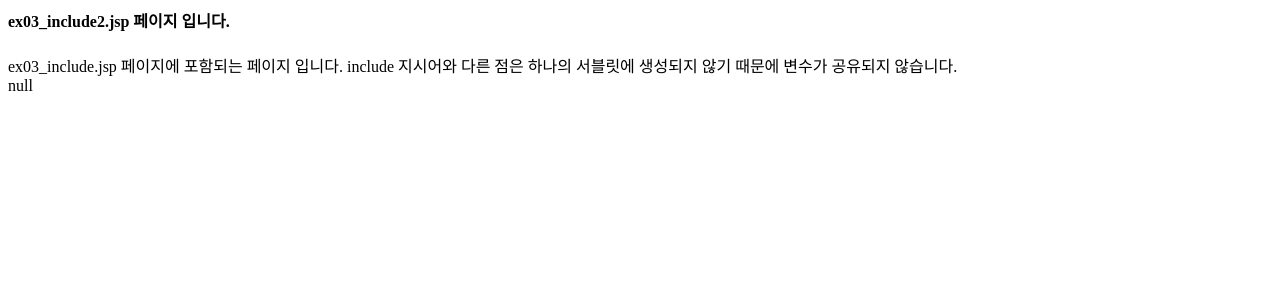
Repository: WONDongin/GoodeeAcademy_JAVA
Page: http://localhost/jspStudy/ex06_pageContext/ex03_include2.jsp
An editor plug-in stored every save of this project. The page is shown before and after the next save, followed by the edit.
The browser window is 1280 px wide. The pictures show the whole page.
The page is served by Tomcat 9.

Above is the page before, as saved 2025-04-02 03:43:23.

### jsp_study/jspStudy/src/main/webapp/ex06_pageContext/ex03_include2.jsp
<%@ page language="java" contentType="text/html; charset=UTF-8"
    pageEncoding="UTF-8"%>
<h4>ex03_include2.jsp 페이지 입니다.</h4>
<p>
	ex03_include.jsp 페이지에 포함되는 페이지 입니다.
	include 지시어와 다른 점은 하나의 서블릿에 생성되지 않기 때문에 변수가 공유되지 않습니다.<br/>
	<%
		// System.out.println(msg);
	%>
	<%= request.getParameter("test") %>
</p>

After the next save:
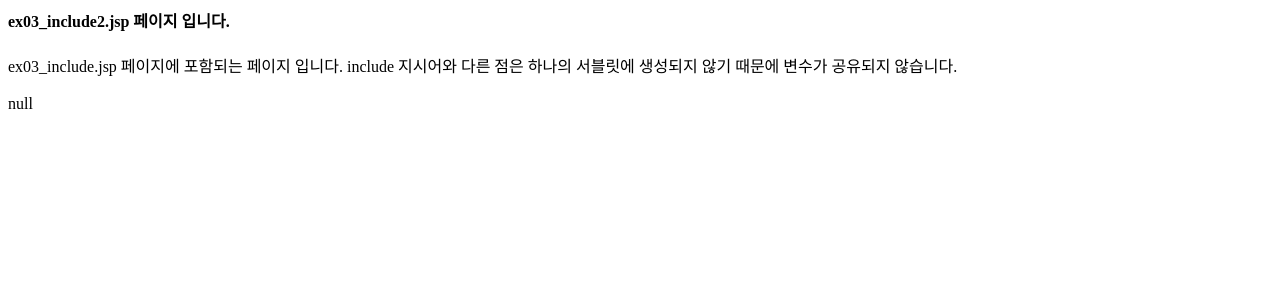
Saved 64 s later.
--- a/jsp_study/jspStudy/src/main/webapp/ex06_pageContext/ex03_include2.jsp
+++ b/jsp_study/jspStudy/src/main/webapp/ex06_pageContext/ex03_include2.jsp
@@ -7,5 +7,5 @@
 	<%
 		// System.out.println(msg);
 	%>
-	<%= request.getParameter("test") %>
+	<br/><%= request.getParameter("test") %>
 </p>
